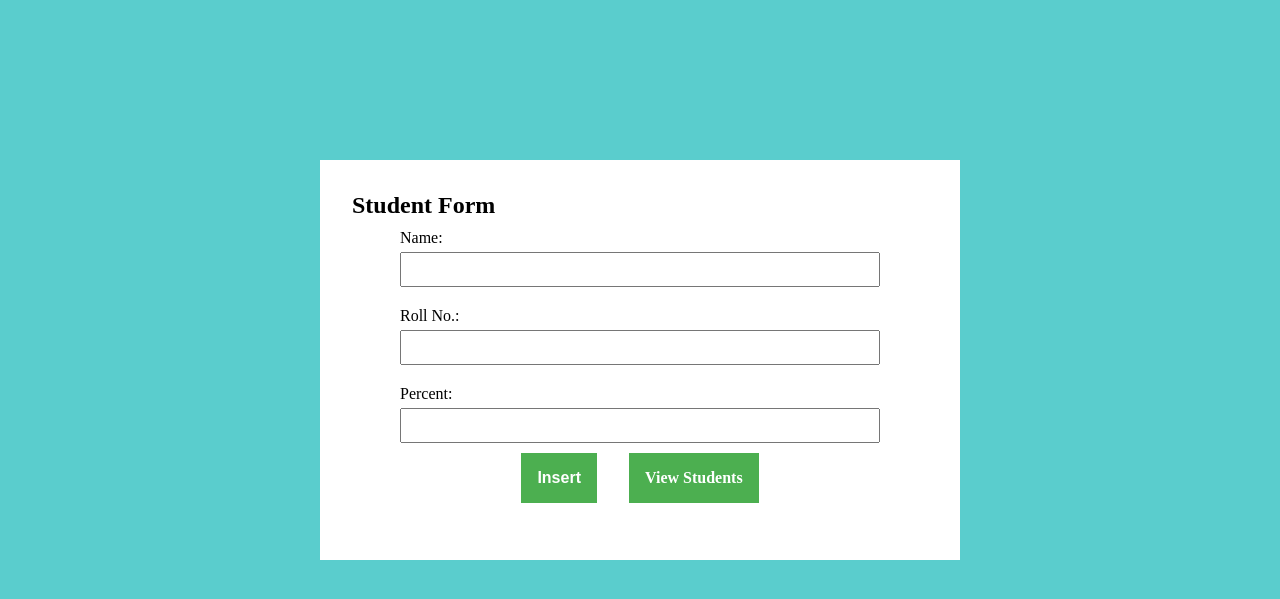
Repository: deeptimahisare1206/Todo_List
Page: http://localhost/Hib_Nest/
These files come from the project's save history. The page is drawn as it stood at one moment and after the next save; the edit follows.
The browser window is 1280 px wide. The pictures show the whole page.
The page is served by Tomcat 10. Other server files are loaded and not shown.

Above is the page before, as saved 2024-11-17 16:14:04.

### Hib_Nest/src/main/webapp/index.jsp
<%@ page language="java" contentType="text/html; charset=UTF-8"
	pageEncoding="UTF-8"%>
<html>
<head>
<style>
*{
margin:0;
padding:0;
box-sizing: border-box;

}
body {
display:grid;
place-items:center;
	background-color: #5acdcd;
	gap: 2rem;
	height: 100vh;
}

.container{
padding:2rem;
	background-color: white;
	height: 25rem;
	width:50vw;
}

form {
    width: 30rem;
    margin: 0 auto;
}

label {
    display: block;
    margin: 10px 0 5px;
}

input[type="text"],
input[type="number"] {
    width: 100%;
    padding: 8px;
    margin-bottom: 10px;
}

input[type="submit"] ,a{
    background-color: #4CAF50;
    color: white;
    font-size:1rem;
    font-weight:bolder;
    padding: 1rem;
    border: none;
    cursor: pointer;
    text-decoration: none;
}

input[type="submit"]:hover {
    background-color: #45a049;
}
.btns{
width: 100%;
display: flex;
gap:2rem;
justify-content:center;
}
</style>
</head>
<body>
<div class="container">
	<h2>Student Form</h2>

	<form action="Register" method="get">
		<label>Name:</label><input type="text" name="name"><label>Roll
			No.: </label> <input type="number" name="roll"> <label>Percent:
		</label><input type="number" name="percent">
		<div class="btns"> <input type="submit"
			value="Insert">
			<a href="Display.jsp">View Students</a></div>
	</form>
	</div>
</body>
</html>

After the next save:
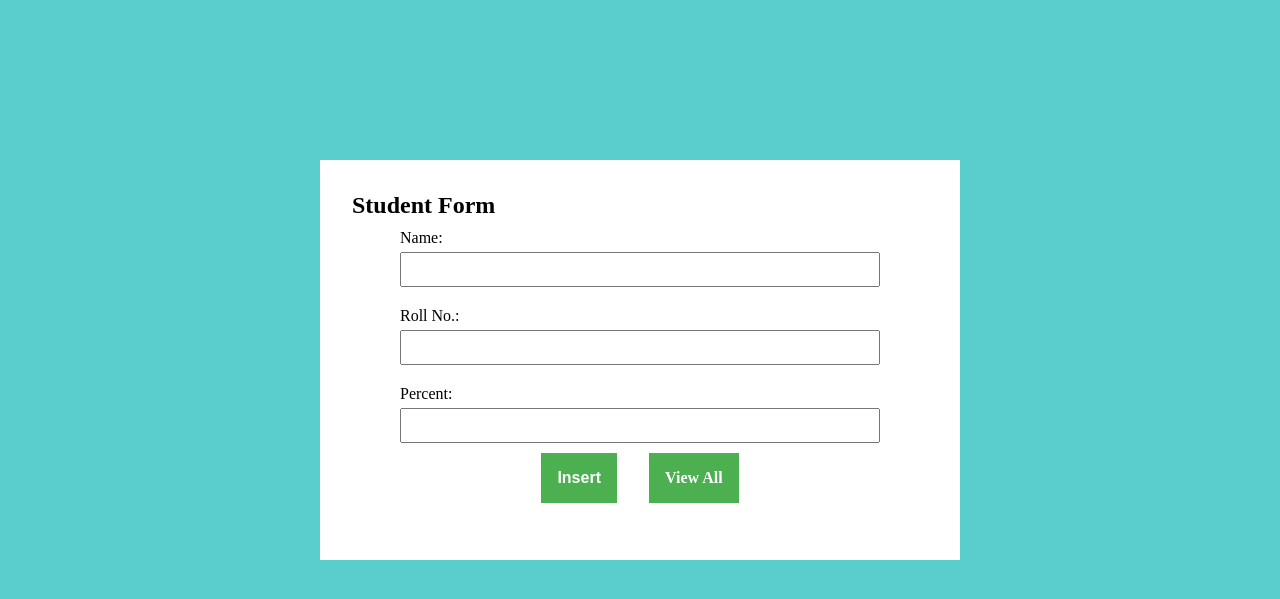
Saved 12 s later.
--- a/Hib_Nest/src/main/webapp/index.jsp
+++ b/Hib_Nest/src/main/webapp/index.jsp
@@ -73,7 +73,7 @@ justify-content:center;
 		</label><input type="number" name="percent">
 		<div class="btns"> <input type="submit"
 			value="Insert">
-			<a href="Display.jsp">View Students</a></div>
+			<a href="Display.jsp">View All</a></div>
 	</form>
 	</div>
 </body>
